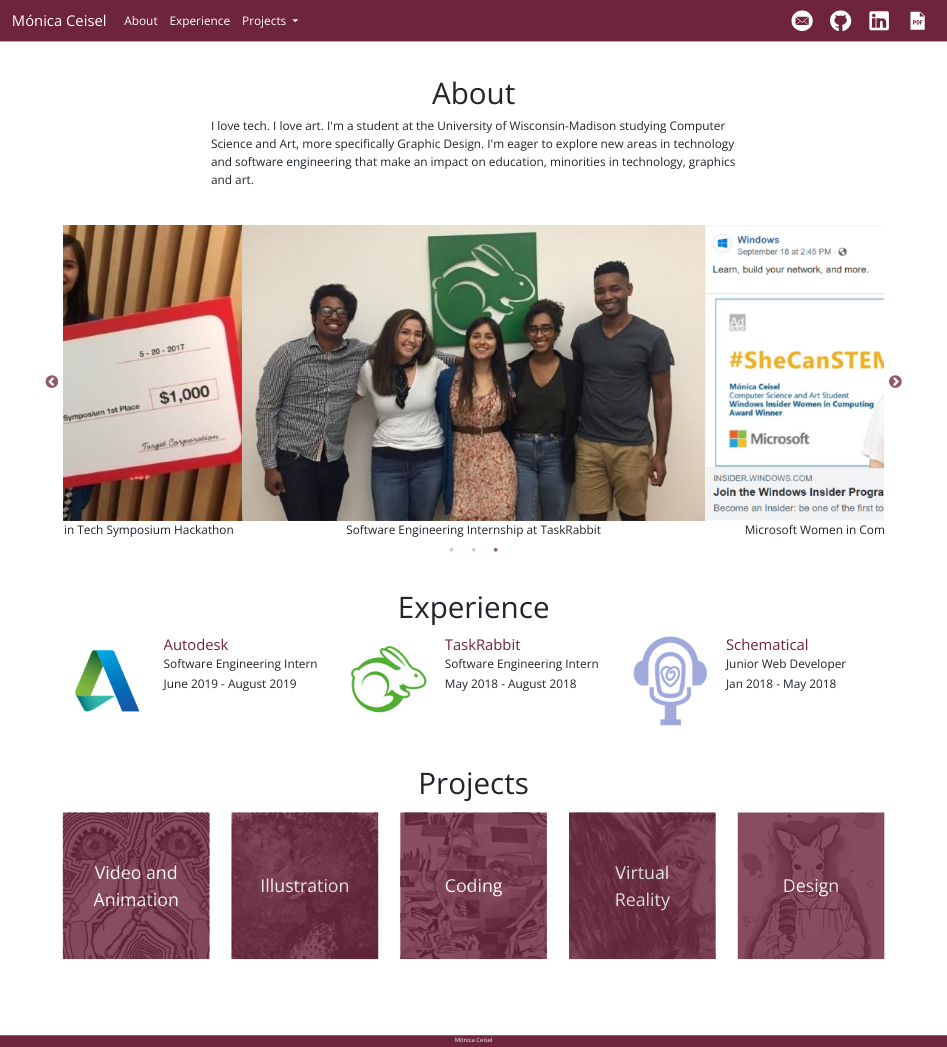
Repository: ceiselm/ceiselm.github.io
Page: index.html
These files come from the project's save history. The page is drawn as it stood at one moment and after the next save; the edit follows.
The browser window is 1280 px wide. The pictures show the whole page, at 74% of full size.

Above is the page before, as saved 2019-07-12 06:54:31.

### index.html
<!DOCTYPE html>
<html lang="en">

<head>
  <meta charset="utf-8">
  <meta http-equiv="X-UA-Compatible" content="IE=edge">
  <meta name="viewport" content="width=device-width, initial-scale=1">
  <title>M&oacute;nica Ceisel</title>
  <!-- Bootstrap -->
  <link href="css/bootstrap-4.2.1.css" rel="stylesheet">
  <!-- slick -->
  <link rel="stylesheet" type="text/css" href="slick/slick.css" />
  <!-- Add the new slick-theme.css if you want the default styling -->
  <link rel="stylesheet" type="text/css" href="slick/slick-theme.css" />
  <!-- font -->
  <link href="https://fonts.googleapis.com/css?family=Open+Sans&display=swap" rel="stylesheet">
  <!-- overwrites -->
  <link href="css/home.css" rel="stylesheet">
</head>

<body>
  <nav class="navbar navbar-expand-lg navbar-dark bg-dark">
    <a class="navbar-brand" href="./index.html">M&oacute;nica Ceisel</a>
    <button class="navbar-toggler" type="button" data-toggle="collapse" data-target="#navbarSupportedContent"
      aria-controls="navbarSupportedContent" aria-expanded="false" aria-label="Toggle navigation">
      <span class="navbar-toggler-icon"></span>
    </button>
    <div class="collapse navbar-collapse" id="navbarSupportedContent">
      <ul class="navbar-nav mr-auto">
        <li class="nav-item">
          <a class="nav-link" href="#startAbout">About</a>
        </li>
        <li class="nav-item">
          <a class="nav-link" href="#startExperience">Experience</a>
        </li>
        <li class="nav-item dropdown">
          <a class="nav-link dropdown-toggle" href="#" id="navbarDropdown" role="button" data-toggle="dropdown"
            aria-haspopup="true" aria-expanded="false">
            Projects
          </a>
          <div class="dropdown-menu" aria-labelledby="navbarDropdown">
            <a class="dropdown-item" href="./subpages/coding.html">Coding</a>
            <div class="dropdown-divider"></div>
            <a class="dropdown-item" href="./subpages/illustration.html">Illustration</a>
            <a class="dropdown-item" href="./subpages/design.html">Design</a>
            <a class="dropdown-item" href="./subpages/virtualreality.html">Virtual Reality</a>
            <a class="dropdown-item" href="./subpages/videoandanimation.html">Video and Animation</a>
          </div>
        </li>
      </ul>
    </div>
    <!--		HAVE ICONS APPEAR ON BOTTOM FOR RESPONSIVE!-->
    <div class="navabar navbar-collapse">
      <ul class="navbar-nav ml-auto">
        <li class="nav-item">
          <a target="_blank" href="mailto:ceiselm@gmail.com"><img class="contact-icon" src="images/social/mail.svg"
              title="ceiselm@gmail.com" alt="mail"></a>
          <a target="_blank" href="https://github.com/ceiselm"><img class="contact-icon" src="images/social/github.svg"
              title="ceiselm" alt="github"></a>
          <a target="_blank" href="https://www.linkedin.com/in/monicaceisel/"><img class="contact-icon" src="images/social/linkedin.svg"
              title="monicaceisel" alt="linkedin"></a>
          <!-- <a target="_blank" href="https://twitter.com/Momonimations"><img class="contact-icon" src="images/social/twitter.svg" title="Momonimations" alt="twitter"></a> -->
          <a target="_blank" href="https://drive.google.com/file/d/1QmD4gdm7__M2SBpGTWKV59mZdb-YG6Mg/view?usp=sharing"><img
              class="contact-icon" src="images/social/pdf.svg" title="Resume" alt="resume"></a>
        </li>
      </ul>
    </div>
  </nav>
  <!-- <hr> -->
  <div class="portion">
    <section>
      <div class="text-center mt-2">
        <div class="container">
          <div class="row">
            <div class="col-12">
              <h1 id="startAbout">About</h1>
              <div class="container">
                <div class="row justify-content-center">
                  <div class="col col-md-8">
                    <p align="left">I love tech. I love art. I'm a student at the University of Wisconsin-Madison
                      studying Computer Science and Art,
                      more specifically Graphic Design. I'm eager to explore new areas in technology and software
                      engineering that
                      make an impact on education, minorities in technology, graphics and art.
                    </p>
                  </div>
                </div>
              </div>
              <!--				https://insider.windows.com/en-us/community-news/how-this-coder-artist-grew-superpowers-to-create/-->
              <!--				https://insider.windows.com/en-us/community-news/extraordinary-women-in-computing/-->

              <!-- <div class="wrapper"> -->
              <div class="portion">
                <div class="slides">
                  <div><img class="slide-item" src="images/carousel/Microsoft.png" alt="First slide">Microsoft Women in
                    Computing Award Winner</div>
                  <div><img class="slide-item" src="images/carousel/Target.jpg" alt="Second slide">1st Place for the
                    Target Women in Tech Symposium Hackathon</div>
                  <div><img class="slide-item" src="images/carousel/TaskRabbit.jpg" alt="Third slide">Software
                    Engineering Internship at TaskRabbit</div>
                </div>
              </div>
            </div>
          </div>
        </div>
      </div>
    </section>
  </div>
  <!-- <hr> -->
  <div class="portion">
    <section>
      <div class="container">
        <div class="row">
          <div class="col-12 text-center">
            <h1 id="startExperience">Experience</h1>
            <!-- <p>Lorem ipsum dolor sit amet, consectetur adipisicing elit. Quibusdam, magni, doloribus, possimus eum sapiente deleniti doloremque fugit ut expedita molestiae iusto debitis eveniet modi obcaecati ipsam quos quis labore dicta.</p> -->
          </div>
        </div>
      </div>
    </section>
    <section>
      <div class="container mt-2">
        <div class="row">
          <div class="col-md-4 col-12">
            <ul class="list-unstyled">
              <li class="media">
                <img class="mr-3" src="images/companies/120px-Autodesk_logo.svg.png" alt="Generic placeholder image">
                <div class="media-body">
                  <h5 class="mt-0 mb-1"><a href="https://www.autodesk.com/">Autodesk</a></h5>
                  <h6>Software Engineering Intern</h6>
                  <h6>June 2019 - August 2019</h6>
                </div>
              </li>
            </ul>
          </div>
          <div class="col-md-4 col-12">
            <ul class="list-unstyled">
              <li class="media">
                <img class="mr-3" src="images/companies/taskrabbit_logo.png" alt="Generic placeholder image">
                <div class="media-body">
                  <h5 class="mt-0 mb-1"><a href="https://www.taskrabbit.com/">TaskRabbit</a></h5>
                  <h6>Software Engineering Intern</h6>
                  <h6>May 2018 - August 2018</h6>
                </div>
              </li>
            </ul>
          </div>
          <div class="col-md-4 col-12">
            <ul class="list-unstyled">
              <li class="media">
                <img class="mr-3" src="images/companies/castdex_logo.png" alt="Generic placeholder image">
                <div class="media-body">
                  <h5 class="mt-0 mb-1"><a href="http://www.castdex.com/">Schematical</a></h5>
                  <h6>Junior Web Developer</h6>
                  <h6>Jan 2018 - May 2018</h6>
                </div>
              </li>
            </ul>
          </div>
        </div>
      </div>
    </section>
  </div>
  <!-- <hr> -->
  <div class="portion">
    <section>
      <div class="container">
        <div class="row">
          <div class="col-12 text-center">
            <h1>Projects</h1>
            <!-- <p>Lorem ipsum dolor sit amet, consectetur adipisicing elit. Officia, et, placeat !</p> -->
          </div>
        </div>
        <div class="row mt-2">

          <div class="col-md mt-md-0 mt-1">
            <a href="#">
              <img class="image img-fluid float-right" src="images/buttons/Button03.png" alt="">
              <div class="overlay">
                <div class="text">Video and Animation</div>
              </div>
            </a>
          </div>

          <div class="col-md mt-md-0 mt-1">
            <a href="#">
              <img class="image img-fluid float-left" src="images/buttons/Button01.png" alt="">
              <div class="overlay">
                <div class="text">Illustration</div>
              </div>
            </a>
          </div>

          <div class="col-md mt-md-0 mt-1">
            <a href="#">
              <img class="image img-fluid float-left" src="images/buttons/Button05.png" alt="" href="#">
              <div class="overlay">
                <div class="text">Coding</div>
              </div>
            </a>
          </div>
          <div class="col-md mt-md-0 mt-1">
            <a href="#">
              <img class="image img-fluid float-right" src="images/buttons/Button04.png" alt="" href="#">
              <div class="overlay">
                <div class="text">Virtual Reality</div>
              </div>
            </a>
          </div>
          <div class="col-md mt-md-0 mt-1">
            <a href="#">
              <img class="image img-fluid float-left" src="images/buttons/Button02.png" alt="" href="#">
              <div class="overlay">
                <div class="text">Design</div>
              </div>
            </a>
          </div>
        </div>
      </div>
    </section>
  </div>

  <div class="portion">
        <div class="footer">
          <div class="footer-text">
              M&oacute;nica Ceisel
          </div>
        </div>
    <!-- <div class="footer"></div> -->
  </div>
  <!-- jQuery (necessary for Bootstrap's JavaScript plugins) -->
  <script src="js/jquery-3.3.1.min.js"></script>
  <!-- Include all compiled plugins (below), or include individual files as needed -->
  <script src="js/popper.min.js"></script>
  <script src="js/bootstrap-4.2.1.js"></script>
  <script src="js/index.js"></script>
  <!-- slick -->
  <script type="text/javascript" src="slick/slick.min.js"></script>
</body>

</html>

### css/home.css
@charset "utf-8";
/* CSS Document */

body {
  font-family: 'Open Sans', sans-serif;
}

.footer {
  left: 0;
  bottom: 0;
  width: 100%;
  background-color: #6E243B;
  color: white;
  text-align: center;
  height: 1rem;
}

.footer-text {
  margin-top: 5%;
  font-size: .5rem;
}

.contact-icon {
    height: 1.8em;
    width: 3em;

}

.contact-icon:hover {
    position: relative;
	opacity: .8;
}

.bg-dark {
  background-color: #6E243B !important;
}

.navbar-dark .navbar-nav .nav-link {
    color: rgba(255, 255, 255, 255);
}

h5 {
	color: #6E243B;
}

h5:hover, h5:link, h5:focus {
	color: #EDA200;
}

a {
	text-decoration: none !important;
	color: inherit;
}

a:hover, a:link, a:focus {
	color: inherit;
}

.image {
  position:relative;
  display: block;
  width: 100%;
  height: auto;
  opacity: 0.9;
  transition: 1s ease;
  -webkit-filter: grayscale(100%); /* Safari 6.0 - 9.0 */
  filter: grayscale(100%);
}

.overlay {
  position: relative;
  top: 0;
  bottom: 0;
  left: 0;
  right: 0;
  height: 100%;
  width: 100%;
  opacity: 0.8;
  background-color: #6E243B;
}

.col-md:hover .image {
  opacity: 1;
  -webkit-filter: grayscale(0%); /* Safari 6.0 - 9.0 */
  filter: grayscale(0%);
}

.col-md:hover .overlay {
  opacity: 0;
}


.text {
  color: white;
  font-size: 18pt;
  position: absolute;
  top: 50%;
  left: 50%;
  opacity: 1 !important;
  -webkit-transform: translate(-50%, -50%);
  -ms-transform: translate(-50%, -50%);
  transform: translate(-50%, -50%);
  text-align: center;
}


.slide-item {
  width: 100%;
}


.slick-prev:before {
  color: #6E243B;
}

.slick-next:before {
  color: #6E243B;
}

.slick-dots li.slick-active button::before {
  color: #6E243B;
}

.slick-dots li button::before {
  color: #6E243B;
}

.portion {
  padding-top: 3%;
}

### js/index.js
$(document).ready(function(){
  $('.slides').slick({
    centerMode: true,
    centerPadding: '60px',
    slidesToShow: 1,
    slidesToScroll: 1,
    adaptiveHeight: true,
    dots: true,
    arrows: true,
    variableWidth: true,
    autoplay: true,
    autoplaySpeed: 2000,
    responsive: [
      {
        breakpoint: 768,
        settings: {
          arrows: false,
          centerMode: true,
          centerPadding: '40px',
          slidesToShow: 1
        }
      },
      {
        breakpoint: 480,
        settings: {
          arrows: false,
          centerMode: true,
          centerPadding: '40px',
          slidesToShow: 1
        }
      }
    ]

  });
});

Loaded but not shown: css/bootstrap-4.2.1.css (library); slick/slick.css (common file); slick/slick-theme.css (library); js/jquery-3.3.1.min.js (library); js/popper.min.js (library); js/bootstrap-4.2.1.js (library); slick/slick.min.js (library)

After the next save:
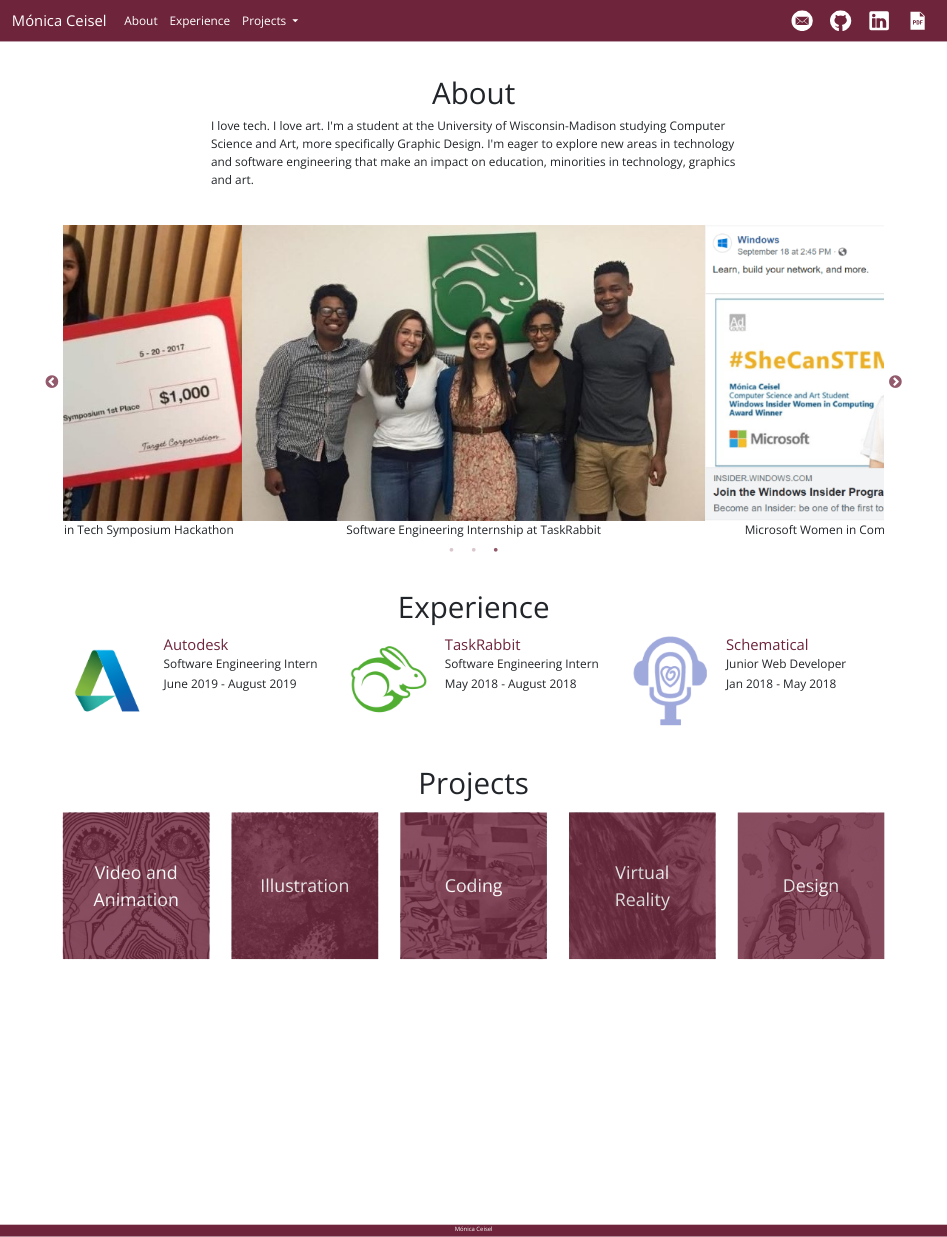
Saved 10 s later.
--- a/css/home.css
+++ b/css/home.css
@@ -16,7 +16,7 @@
 }
 
 .footer-text {
-  margin-top: 5%;
+  margin-top: 25%;
   font-size: .5rem;
 }
 
